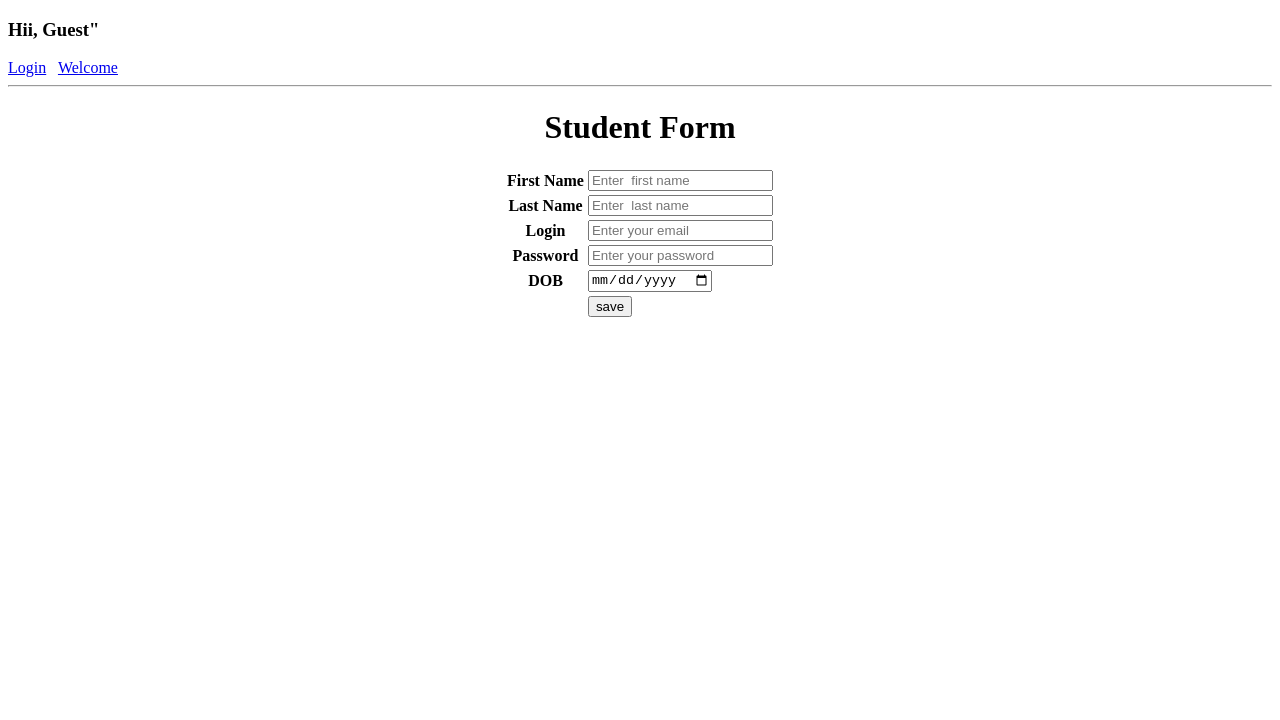
Repository: Sandeshyadav5/Advance-Java
Page: http://localhost/Web-Project-1/UserView.jsp
These files come from the project's save history. The page is drawn as it stood at one moment and after the next save; the edit follows.
The browser window is 1280 px wide. The pictures show the whole page.
The page is served by Tomcat 9. Nobody is signed in. The application's start-up code is not run.

Above is the page before, as saved 2026-02-02 09:28:45.

After the next save:
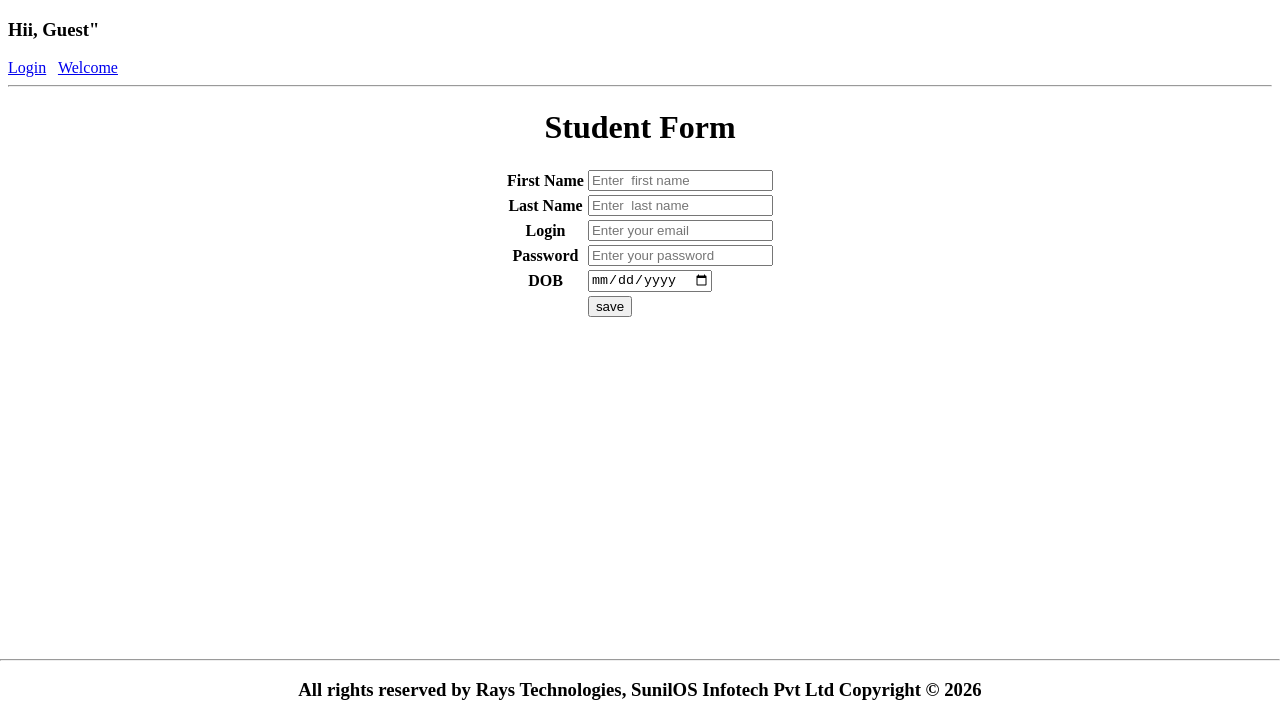
Saved 5 min 12 s later.
--- a/JspServelet_WorkSpace/Web-Project-1/WebContent/UserView.jsp
+++ b/JspServelet_WorkSpace/Web-Project-1/WebContent/UserView.jsp
@@ -21,6 +21,6 @@
 <tr><th></th><td><input type="Submit" name="operation" value="save"></td></tr>
 </table>
 </form>
-</div>
+</div><%@ include file="footer.jsp"%>
 </body>
 </html>
